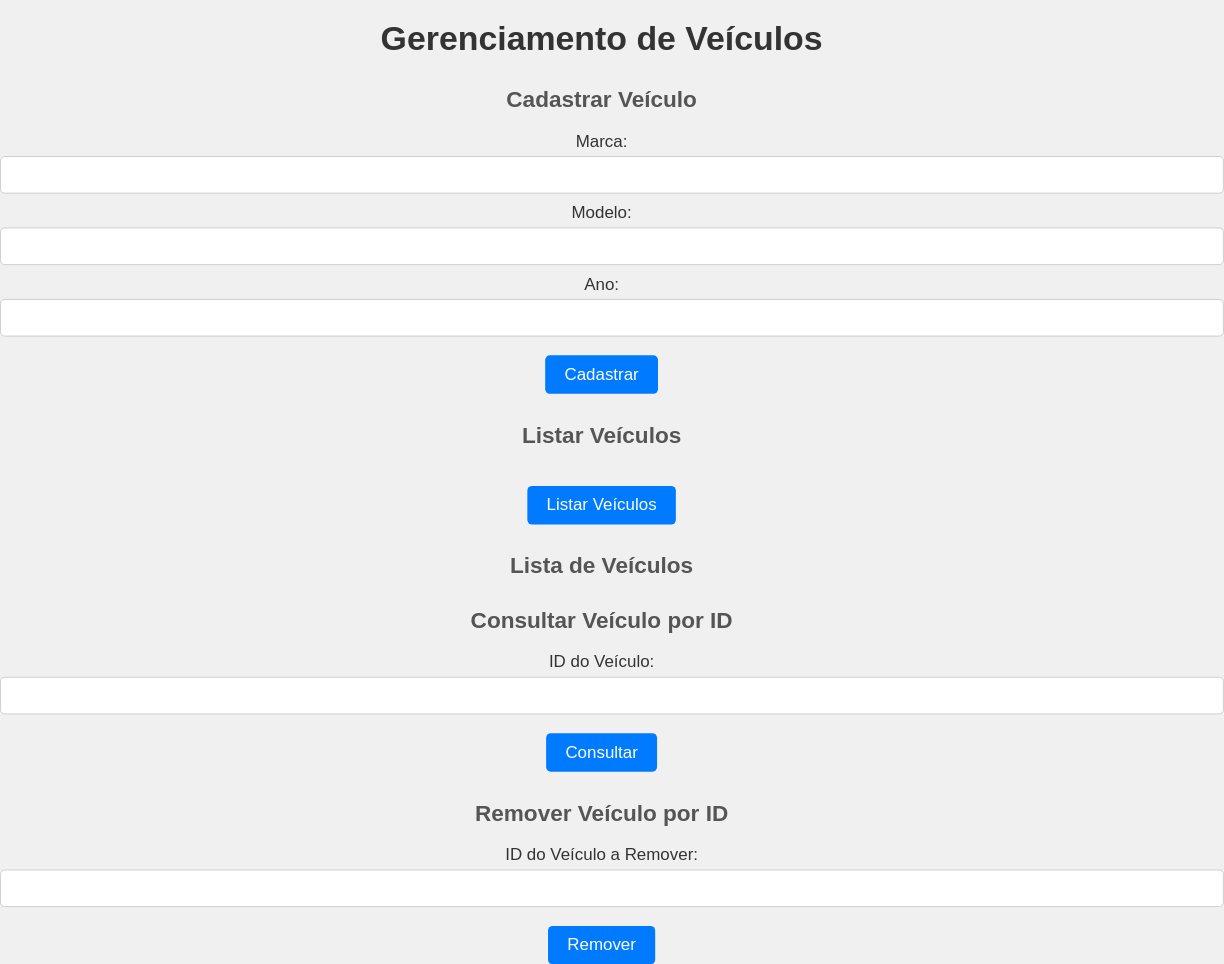
Repository: joaomadeira1208/Exercicio3
Page: veiculos/src/main/resources/index.html
An editor plug-in stored every save of this project. The page is shown before and after the next save, followed by the edit.
The browser window is 1280 px wide. The page is 1302 px wide, so the pictures cover 1302 px, including what lies to the right of the window. The pictures show the whole page, at 94% of full size.

Above is the page before, as saved 2023-09-14 21:55:19.

### veiculos/src/main/resources/index.html
<!DOCTYPE html>
<html>
<head>
    <title>Gerenciamento de Veículos</title>
    <style>
       /* Estilo para o corpo da página */
body {
    font-family: Arial, sans-serif;
    background-color: #f0f0f0;
    margin: 0;
    padding: 0;
    text-align: center;
}

/* Estilo para o cabeçalho (h1) */
h1 {
    font-size: 36px;
    color: #333;
    margin-top: 20px;
}

/* Estilo para os subtítulos (h2) */
h2 {
    font-size: 24px;
    color: #555;
    margin-top: 30px;
}

/* Estilo para os rótulos dos campos de entrada */
label {
    font-size: 18px;
    color: #333;
    display: block;
    margin-top: 10px;
}

/* Estilo para os campos de entrada de texto */
input[type="text"],
input[type="number"] {
    width: 100%;
    padding: 10px;
    font-size: 16px;
    border: 1px solid #ccc;
    border-radius: 5px;
    margin-top: 5px;
}

/* Estilo para o botão */
input[type="submit"],
button {
    background-color: #007bff;
    color: #fff;
    font-size: 18px;
    padding: 10px 20px;
    border: none;
    border-radius: 5px;
    cursor: pointer;
    margin-top: 20px;
}

/* Estilo para o botão quando o mouse passa por cima */
input[type="submit"]:hover,
button:hover {
    background-color: #0056b3;
}

    </style>
</head>
<body>
    <h1>Gerenciamento de Veículos</h1>

    <!-- Formulário para cadastrar um veículo -->
    <h2>Cadastrar Veículo</h2>
    <form action="/cadastrar-veiculo" method="post">
        <label for="marca">Marca:</label>
        <input type="text" id="marca" name="marca" required><br>

        <label for="modelo">Modelo:</label>
        <input type="text" id="modelo" name="modelo" required><br>

        <label for="ano">Ano:</label>
        <input type="number" id="ano" name="ano" required><br>

        <input type="submit" value="Cadastrar">
    </form>

    <!-- Botão para listar veículos -->
    <h2>Listar Veículos</h2>
    <button onclick="listarVeiculos()">Listar Veículos</button>

    <!-- Lista de veículos cadastrados -->
    <h2>Lista de Veículos</h2>
    <ul id="lista-veiculos">
        <!-- Os veículos cadastrados serão exibidos aqui -->
    </ul>

    <!-- Formulário para consultar um veículo por ID -->
    <h2>Consultar Veículo por ID</h2>
    <form action="/consultar-veiculo" method="get">
        <label for="id-veiculo">ID do Veículo:</label>
        <input type="number" id="id-veiculo" name="id-veiculo" required><br>

        <input type="submit" value="Consultar">
    </form>

    <!-- Formulário para remover um veículo por ID -->
    <h2>Remover Veículo por ID</h2>
    <form action="/remover-veiculo" method="post">
        <label for="id-veiculo-remover">ID do Veículo a Remover:</label>
        <input type="number" id="id-veiculo-remover" name="id-veiculo-remover" required><br>

        <input type="submit" value="Remover">
    </form>

    <script>
        function listarVeiculos() {
            // Você pode adicionar aqui a lógica para listar veículos na página
        }
    </script>
</body>
</html>

After the next save:
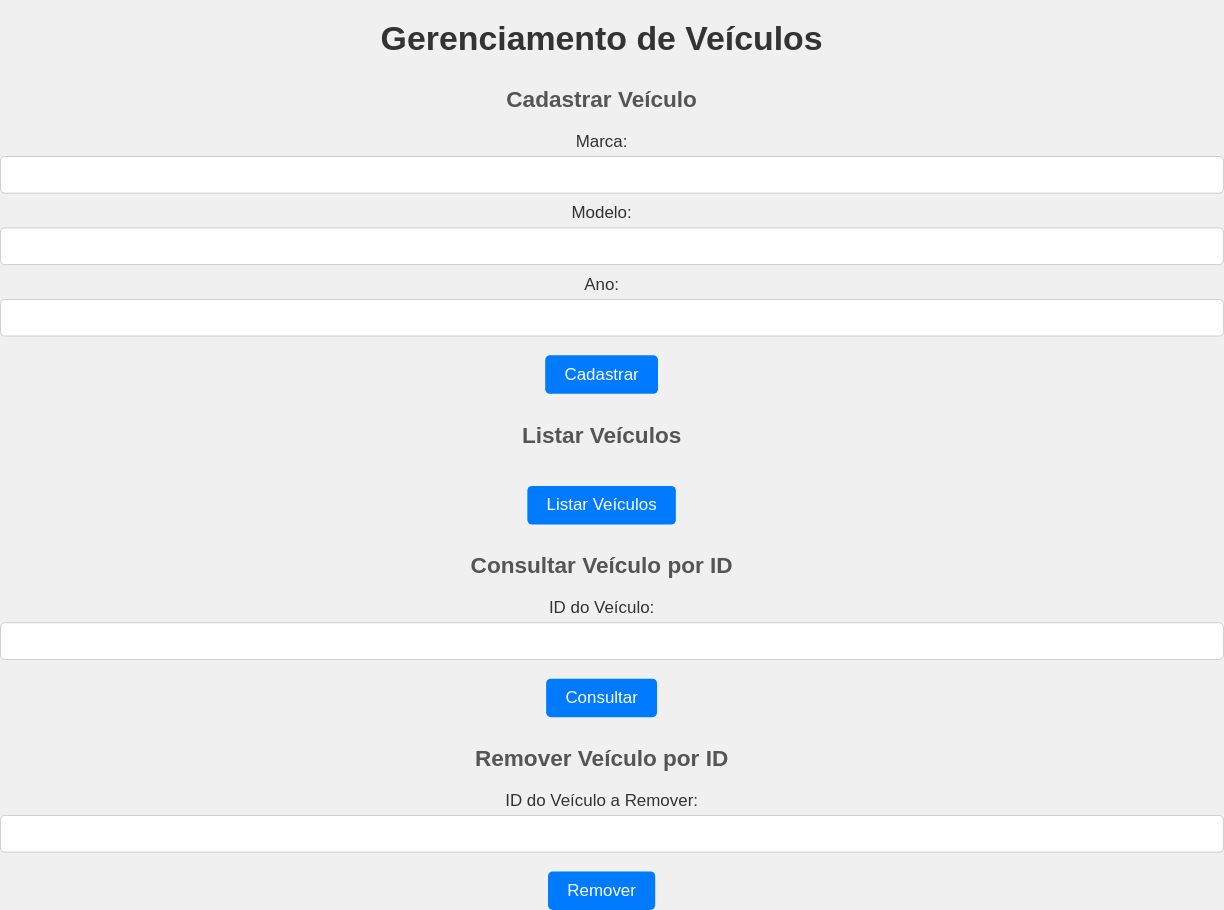
Saved 28 s later.
--- a/veiculos/src/main/resources/index.html
+++ b/veiculos/src/main/resources/index.html
@@ -88,12 +88,6 @@ button:hover {
     <h2>Listar Veículos</h2>
     <button onclick="listarVeiculos()">Listar Veículos</button>
 
-    <!-- Lista de veículos cadastrados -->
-    <h2>Lista de Veículos</h2>
-    <ul id="lista-veiculos">
-        <!-- Os veículos cadastrados serão exibidos aqui -->
-    </ul>
-
     <!-- Formulário para consultar um veículo por ID -->
     <h2>Consultar Veículo por ID</h2>
     <form action="/consultar-veiculo" method="get">
